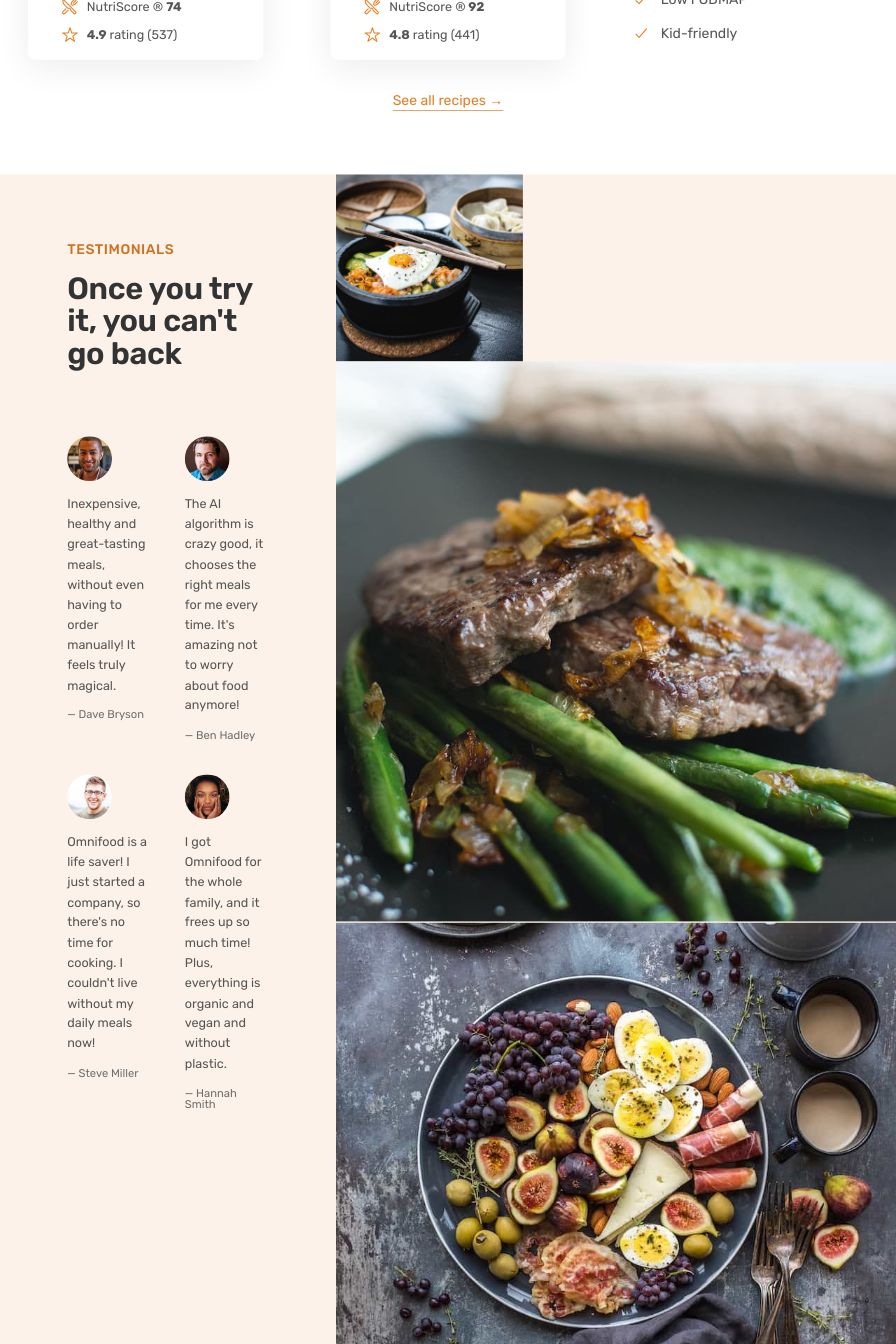
Repository: WefsCao/Omnifood
Page: index.html
These files come from the project's save history. The page is drawn as it stood at one moment and after the next save; the edit follows.
The browser window is 1280 px wide. The pictures show the part of the page from y = 3245 to 5165 px (the page is 12584 px tall before and 5799 px after), at 70% of full size.

Above is the page before, as saved 2022-06-05 18:17:21.

### index.html
<!DOCTYPE html>
<html lang="en">
  <head>
    <meta charset="UTF-8" />
    <meta http-equiv="X-UA-Compatible" content="IE=edge" />
    <meta name="viewport" content="width=device-width, initial-scale=1.0" />

    <link rel="preconnect" href="https://fonts.googleapis.com" />
    <link rel="preconnect" href="https://fonts.gstatic.com" crossorigin />
    <link
      href="https://fonts.googleapis.com/css2?family=Rubik:wght@400;500;600;700&display=swap"
      rel="stylesheet"
    />
    <link rel="stylesheet" href="./css/general.css" />
    <link rel="stylesheet" href="./css/style.css" />
    <title>Omnifood</title>
  </head>
  <body>
    <header class="header">
      <img class="logo" src="img/omnifood-logo.png" alt="heder of logo" />

      <nav class="nav-main">
        <ul class="nav-main-list">
          <li><a href="#" class="nav-main-link">How it works</a></li>
          <li><a href="#" class="nav-main-link">Meals</a></li>
          <li><a href="#" class="nav-main-link">Testimonial</a></li>
          <li><a href="#" class="nav-main-link">Pricing</a></li>
          <li><a href="#" class="nav-main-link nav-cta">Try for free</a></li>
        </ul>
      </nav>
    </header>
    <main>
      <section class="section-hero">
        <div class="hero">
          <div class="hero-text-box">
            <h1 class="heading-primary">
              A healthy meal delivered to your door, every single day
            </h1>
            <p class="hero-description">
              The smart 365-days-per-year food subscription that will make you
              eat healthy again. Tailored to your personal tastes and
              nutritional needs.
            </p>
            <a href="#" class="btn btn--full margin-right-sm"
              >Start eating well</a
            >
            <a href="#" class="btn btn--outline">Learn more &darr;</a>
            <div class="delivered-meals">
              <div class="delivered-imgs">
                <img src="img/customers/customer-1.jpg" />
                <img src="img/customers/customer-2.jpg" />
                <img src="img/customers/customer-3.jpg" />
                <img src="img/customers/customer-4.jpg" />
                <img src="img/customers/customer-5.jpg" />
                <img src="img/customers/customer-6.jpg" />
              </div>
              <div class="delivered-text">
                <span>250,000+ </span>meals last year!
              </div>
            </div>
          </div>
          <div class="hero-img-box">
            <img src="img/hero.png" alt="Hero of image" class="hero-img" />
          </div>
        </div>
      </section>
      <section class="section-how">
        <div class="step-title container">
          <span class="subtitle">How it works</span>
          <h2 class="heading-secondary">
            Your daily dose of health in 3 simple steps
          </h2>
        </div>

        <!-- STEP 01 -->
        <div class="step-content container grid grid--2-cols">
          <div class="step-text-box">
            <div class="step-number">01</div>
            <h3 class="heading-tertiary">
              Tell us what you like (and what not)
            </h3>
            <p class="step-text">
              Never again waste time thinking about what to eat! Omnifood AI
              will create a 100% personalized weekly meal plan just for you. It
              makes sure you get all the nutrients and vitamins you need, no
              matter what diet you follow!
            </p>
          </div>
          <div class="step-img-box">
            <img
              class="step-img"
              src="img/app/app-screen-1.png"
              alt="app screen 1"
            />
          </div>
        </div>
        <!-- STEP 02 -->
        <div class="step-content container grid grid--2-cols">
          <div class="step-img-box">
            <img
              class="step-img"
              src="img/app/app-screen-2.png"
              alt="app screen 2"
            />
          </div>
          <div class="step-text-box">
            <div class="step-number">02</div>
            <h3 class="heading-tertiary">Approve your weekly meal plan</h3>
            <p class="step-text">
              Once per week, approve the meal plan generated for you by Omnifood
              AI. You can change ingredients, swap entire meals, or even add
              your own recipes.
            </p>
          </div>
        </div>

        <!-- STEP 03 -->
        <div class="step-content container grid grid--2-cols">
          <div class="step-text-box">
            <div class="step-number">03</div>
            <h3 class="heading-tertiary">Receive meals at convenient time</h3>
            <p class="step-text">
              Best chefs in town will cook your selected meal every day, and we
              will deliver it to your door whenever works best for you. You can
              change delivery schedule and address daily!
            </p>
          </div>
          <div class="step-img-box">
            <img
              class="step-img"
              src="img/app/app-screen-3.png"
              alt="app screen 3"
            />
          </div>
        </div>
      </section>
      <section class="section-meals">
        <div class="container center-v">
          <span class="subtitle">Meals</span>
          <h2 class="heading-secondary">
            Omnifood AI chooses from 5,000+ recipes
          </h2>
        </div>
        <div class="meals container grid grid--3-cols">
          <div class="meal">
            <img
              class="meal-img"
              src="img/meals/meal-1.jpg"
              alt="Japanese Gyozas"
            />
            <div class="meal-content">
              <span class="meal-tag tag--vegetariant">Vegetariant</span>
              <h3 class="meal-title">Japanese Gyozas</h3>
              <ul class="meal-attributes">
                <li class="meal-attribute">
                  <ion-icon class="meal-icon" name="flame-outline"></ion-icon>
                  <span><strong>650</strong> calories</span>
                </li>

                <li class="meal-attribute">
                  <ion-icon
                    class="meal-icon"
                    name="restaurant-outline"
                  ></ion-icon>
                  <span> NutriScore &reg; <strong>74</strong></span>
                </li>
                <li class="meal-attribute">
                  <ion-icon class="meal-icon" name="star-outline"></ion-icon>
                  <span><strong>4.9</strong> rating (537)</span>
                </li>
              </ul>
            </div>
          </div>
          <div class="meal">
            <img
              class="meal-img"
              src="img/meals/meal-2.jpg"
              alt="Avocado Salad"
            />
            <div class="meal-content">
              <div class="meal-tags">
                <span class="meal-tag tag--vegan">Vegan</span>
                <span class="meal-tag tag--paleo">Paleo</span>
              </div>
              <h3 class="meal-title">Avocado Salad</h3>
              <ul class="meal-attributes">
                <li class="meal-attribute">
                  <ion-icon class="meal-icon" name="flame-outline"></ion-icon>
                  <span><strong>400</strong> calories</span>
                </li>

                <li class="meal-attribute">
                  <ion-icon
                    class="meal-icon"
                    name="restaurant-outline"
                  ></ion-icon>
                  <span>NutriScore &reg;<strong> 92</strong></span>
                </li>
                <li class="meal-attribute">
                  <ion-icon class="meal-icon" name="star-outline"></ion-icon>
                  <span><strong>4.8</strong> rating (441)</span>
                </li>
              </ul>
            </div>
          </div>
          <div class="list">
            <h3 class="list-heading">Works with any diet:</h3>
            <ul class="diets">
              <li class="diet">
                <ion-icon class="diet-icon" name="checkmark-outline"></ion-icon>
                <span class="link">Vegetarian</span>
              </li>
              <li class="diet">
                <ion-icon class="diet-icon" name="checkmark-outline"></ion-icon>
                <span class="link">Vegan</span>
              </li>
              <li class="diet">
                <ion-icon class="diet-icon" name="checkmark-outline"></ion-icon>
                <span class="link">Pescatarian</span>
              </li>
              <li class="diet">
                <ion-icon class="diet-icon" name="checkmark-outline"></ion-icon>
                <span class="link">Gluten-free</span>
              </li>
              <li class="diet">
                <ion-icon class="diet-icon" name="checkmark-outline"></ion-icon>
                <span class="link">Lactose-free</span>
              </li>
              <li class="diet">
                <ion-icon class="diet-icon" name="checkmark-outline"></ion-icon>
                <span class="link">Keto</span>
              </li>
              <li class="diet">
                <ion-icon class="diet-icon" name="checkmark-outline"></ion-icon>
                <span class="link">Paleo</span>
              </li>
              <li class="diet">
                <ion-icon class="diet-icon" name="checkmark-outline"></ion-icon>
                <span class="link">Low FODMAP</span>
              </li>
              <li class="diet">
                <ion-icon class="diet-icon" name="checkmark-outline"></ion-icon>
                <span class="link">Kid-friendly</span>
              </li>
            </ul>
          </div>
        </div>
        <div class="container meals-all center-v">
          <a href="#" class="link--recipes">See all recipes &rarr;</a>
        </div>
      </section>
      <section class="section-testimonials">
        <div class="testimonials">
          <div class="testimonial-container">
            <div class="testimonials-heading">
              <span class="subtitle">testimonials</span>
              <h2 class="heading-secondary">
                Once you try it, you can't go back
              </h2>
            </div>

            <div class="testimonial">
              <div class="testimonial-text">
                <figure class="testimonial-img">
                  <img
                    src="img/customers/dave.jpg"
                    alt="photo of customer dave"
                  />
                  <blockquote class="testimonial-txt">
                    Inexpensive, healthy and great-tasting meals, without even
                    having to order manually! It feels truly magical.
                  </blockquote>
                  <p class="customer-name">&mdash; Dave Bryson</p>
                </figure>
                <figure class="testimonial-img">
                  <img
                    src="img/customers/ben.jpg"
                    alt="photo of customer ben"
                  />
                  <blockquote class="testimonial-txt">
                    The AI algorithm is crazy good, it chooses the right meals
                    for me every time. It's amazing not to worry about food
                    anymore!
                  </blockquote>
                  <p class="customer-name">&mdash; Ben Hadley</p>
                </figure>
                <figure class="testimonial-img">
                  <img
                    src="img/customers/steve.jpg"
                    alt="photo of customer steve"
                  />
                  <blockquote class="testimonial-txt">
                    Omnifood is a life saver! I just started a company, so
                    there's no time for cooking. I couldn't live without my
                    daily meals now!
                  </blockquote>
                  <p class="customer-name">&mdash; Steve Miller</p>
                </figure>
                <figure class="testimonial-img">
                  <img
                    src="img/customers/hannah.jpg"
                    alt="photo of customer hannah"
                  />
                  <blockquote class="testimonial-txt">
                    I got Omnifood for the whole family, and it frees up so much
                    time! Plus, everything is organic and vegan and without
                    plastic.
                  </blockquote>
                  <p class="customer-name">&mdash; Hannah Smith</p>
                </figure>
              </div>
            </div>
          </div>
          <div class="gallery">
            <figure class="gallery-item">
              <img src="img/gallery/gallery-1.jpg" alt="food of photo" />
            </figure>
            <figure class="gallery-item"></figure>
            <img src="img/gallery/gallery-2.jpg" alt="food of photo" />
            <figure class="gallery-item"></figure>
            <img src="img/gallery/gallery-3.jpg" alt="food of photo" />
            <figure class="gallery-item"></figure>
            <img src="img/gallery/gallery-4.jpg" alt="food of photo" />
            <figure class="gallery-item"></figure>
            <img src="img/gallery/gallery-5.jpg" alt="food of photo" />
            <figure class="gallery-item"></figure>
            <img src="img/gallery/gallery-6.jpg" alt="food of photo" />
            <figure class="gallery-item"></figure>
            <img src="img/gallery/gallery-7.jpg" alt="food of photo" />
            <figure class="gallery-item"></figure>
            <img src="img/gallery/gallery-8.jpg" alt="food of photo" />
            <figure class="gallery-item"></figure>
            <img src="img/gallery/gallery-9.jpg" alt="food of photo" />
            <figure class="gallery-item"></figure>
            <img src="img/gallery/gallery-10.jpg" alt="food of photo" />
            <figure class="gallery-item"></figure>
            <img src="img/gallery/gallery-11.jpg" alt="food of photo" />
            <img src="img/gallery/gallery-12.jpg" alt="food of photo" />
          </div>
        </div>
      </section>
    </main>
    <script
      type="module"
      src="https://unpkg.com/ionicons@5.5.2/dist/ionicons/ionicons.esm.js"
    ></script>
    <script
      nomodule
      src="https://unpkg.com/ionicons@5.5.2/dist/ionicons/ionicons.js"
    ></script>
  </body>
</html>

### css/general.css
/*
--- 01 TYPOGRAPHY
- Font size system (px)
    10 / 12 / 14 / 16 / 18 / 20 / 24 / 30 / 36 / 44 / 52 / 62 / 74 / 86 / 98

- Font weights:
Default: 400

- Line heights:
Default: 1
Small: 1.05


--- 02 COLOR

- Primary: #e67e22
- Tints: #fdf2e9
- Shades: #cf711f
- Accents:
- Grey:
 #555
 #333

 --- 05 SHADOW

 --- 06 BORDER RADIUS
 - Default: 9px

 --- 07 WHITE SPACES
 - Spacing system (px)
 2 / 4 / 8 / 12 / 16 / 24 / 32 / 48 / 64 / 80 / 96 / 128
*/
html {
  font-size: 62.5%;
}
* {
  margin: 0;
  padding: 0;
  box-sizing: border-box;
}
body {
  font-family: "Rubik", sans-serif;
  color: #555;
  font-weight: 400;
  line-height: 1;
}

/****************************************/
/* GENERAL REUSE COMPONENTS */
/****************************************/
.heading-primary,
.heading-secondary {
  line-height: 1.05;
  color: #333;
  letter-spacing: -0.5px;
}
.heading-primary {
  font-weight: 700;
  font-size: 5.2rem;
  margin-bottom: 3.2rem;
}
.heading-secondary {
  margin-bottom: 9.6rem;
  font-weight: 600;
  font-size: 4.8rem;
}

.btn--full:link,
.btn--full:visited {
  background-color: #e67e22;
  color: #fff;
}
.btn--full:hover,
.btn--full:active {
  background-color: #cf711f;
}

.grid {
  display: grid;
  gap: 9.6rem;
}
.grid--2-cols {
  grid-template-columns: repeat(2, 1fr);
}
.grid--3-cols {
  grid-template-columns: repeat(3, 1fr);
}
.container {
  max-width: 120rem;
  margin: 0 auto;
}

/*************************************/
/* HELPER CLASSES */
/*************************************/

.margin-right-sm {
  margin-right: 1.6rem !important;
}
.heading-tertiary {
  font-size: 3rem;
  font-weight: 700 !important;
  margin: 1.6rem 0;
}
.center-v {
  text-align: center;
}

Loaded but not shown: css/style.css (348 lines, source omitted)

After the next save:
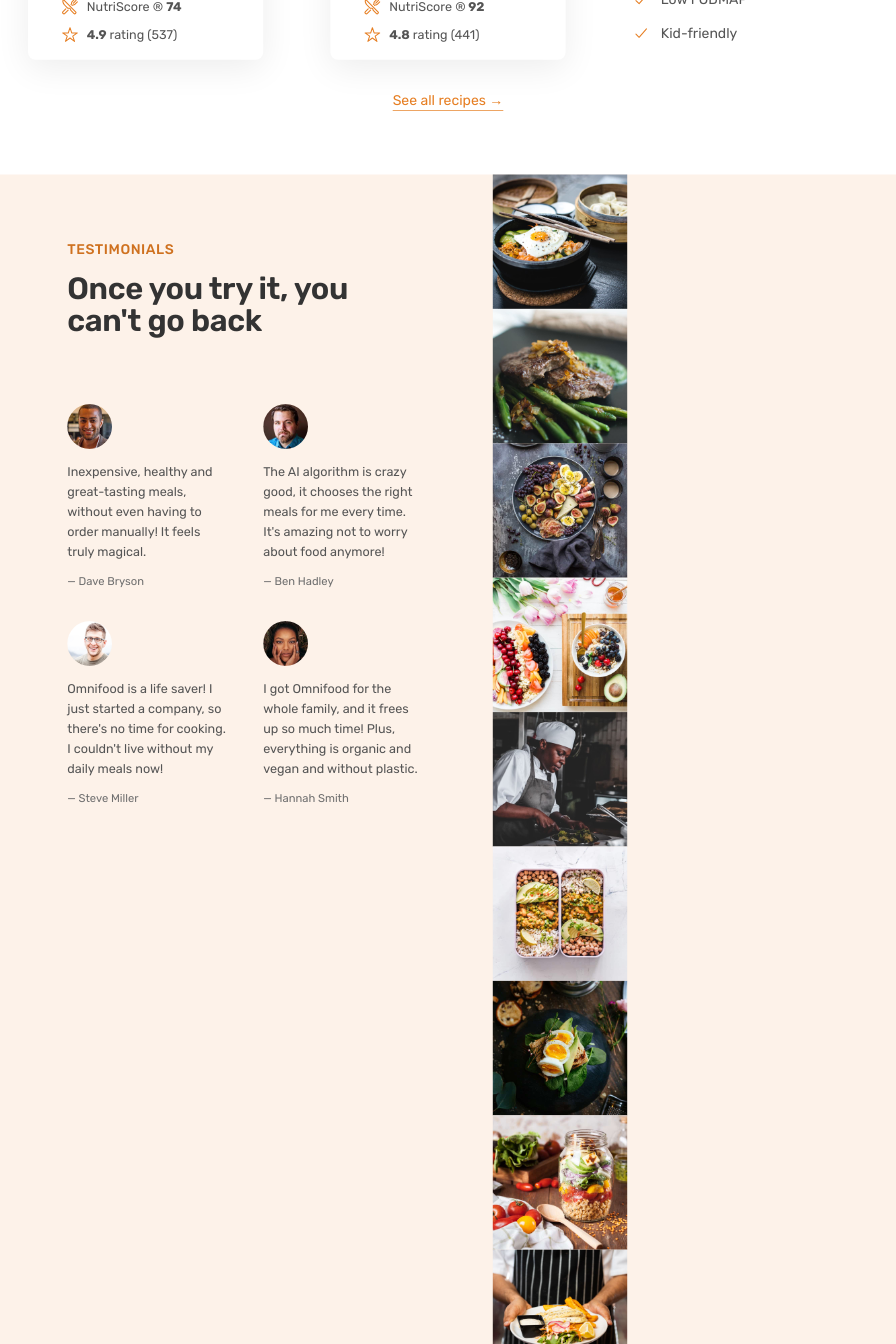
Saved 81 s later.
--- a/index.html
+++ b/index.html
@@ -315,27 +315,39 @@
             <figure class="gallery-item">
               <img src="img/gallery/gallery-1.jpg" alt="food of photo" />
             </figure>
-            <figure class="gallery-item"></figure>
-            <img src="img/gallery/gallery-2.jpg" alt="food of photo" />
-            <figure class="gallery-item"></figure>
-            <img src="img/gallery/gallery-3.jpg" alt="food of photo" />
-            <figure class="gallery-item"></figure>
-            <img src="img/gallery/gallery-4.jpg" alt="food of photo" />
-            <figure class="gallery-item"></figure>
-            <img src="img/gallery/gallery-5.jpg" alt="food of photo" />
-            <figure class="gallery-item"></figure>
-            <img src="img/gallery/gallery-6.jpg" alt="food of photo" />
-            <figure class="gallery-item"></figure>
-            <img src="img/gallery/gallery-7.jpg" alt="food of photo" />
-            <figure class="gallery-item"></figure>
-            <img src="img/gallery/gallery-8.jpg" alt="food of photo" />
-            <figure class="gallery-item"></figure>
-            <img src="img/gallery/gallery-9.jpg" alt="food of photo" />
-            <figure class="gallery-item"></figure>
-            <img src="img/gallery/gallery-10.jpg" alt="food of photo" />
-            <figure class="gallery-item"></figure>
-            <img src="img/gallery/gallery-11.jpg" alt="food of photo" />
-            <img src="img/gallery/gallery-12.jpg" alt="food of photo" />
+            <figure class="gallery-item">
+              <img src="img/gallery/gallery-2.jpg" alt="food of photo" />
+            </figure>
+            <figure class="gallery-item">
+              <img src="img/gallery/gallery-3.jpg" alt="food of photo" />
+            </figure>
+            <figure class="gallery-item">
+              <img src="img/gallery/gallery-4.jpg" alt="food of photo" />
+            </figure>
+            <figure class="gallery-item">
+              <img src="img/gallery/gallery-5.jpg" alt="food of photo" />
+            </figure>
+            <figure class="gallery-item">
+              <img src="img/gallery/gallery-6.jpg" alt="food of photo" />
+            </figure>
+            <figure class="gallery-item">
+              <img src="img/gallery/gallery-7.jpg" alt="food of photo" />
+            </figure>
+            <figure class="gallery-item">
+              <img src="img/gallery/gallery-8.jpg" alt="food of photo" />
+            </figure>
+            <figure class="gallery-item">
+              <img src="img/gallery/gallery-9.jpg" alt="food of photo" />
+            </figure>
+            <figure class="gallery-item">
+              <img src="img/gallery/gallery-10.jpg" alt="food of photo" />
+            </figure>
+            <figure class="gallery-item">
+              <img src="img/gallery/gallery-11.jpg" alt="food of photo" />
+            </figure>
+            <figure class="gallery-item">
+              <img src="img/gallery/gallery-12.jpg" alt="food of photo" />
+            </figure>
           </div>
         </div>
       </section>
